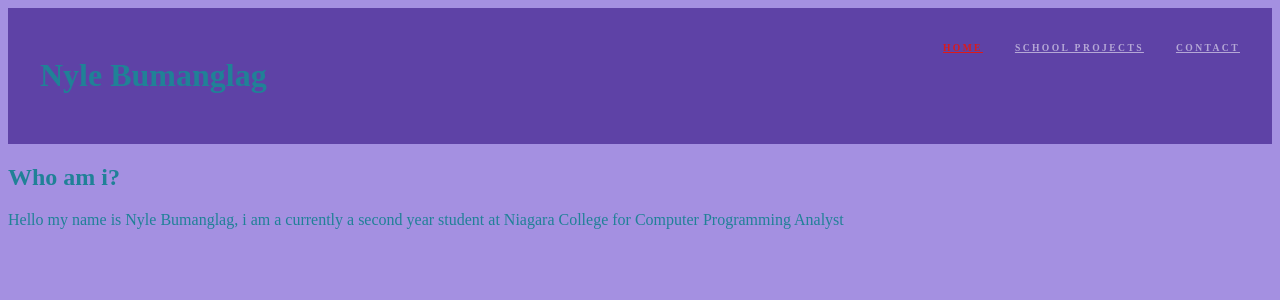
Repository: NyleNC/main
Page: index.html
An editor plug-in stored every save of this project. The page is shown before and after the next save, followed by the edit.
The browser window is 1280 px wide. The pictures show the whole page.
Some web fonts or font styles are not loaded; a fallback is used.

Above is the page before, as saved 2024-11-07 00:44:10.

After the next save:
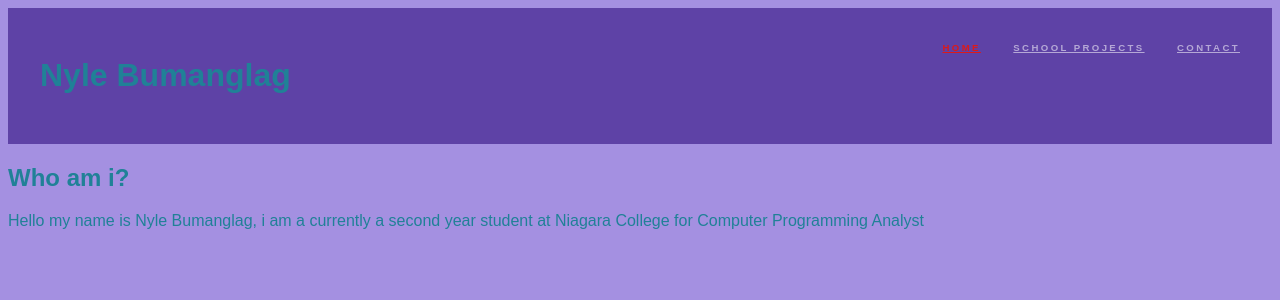
Saved 25 s later.
--- a/style.css
+++ b/style.css
@@ -1,6 +1,11 @@
 body{
     background: #a490e1;
     color: rgb(32, 129, 151);
+    font-family: "Hubot Sans", sans-serif;
+    font-optical-sizing: auto;
+    font-weight: 400;
+    font-style: normal;
+    font-variation-settings
 }
 #header {
 display: -moz-flex;
